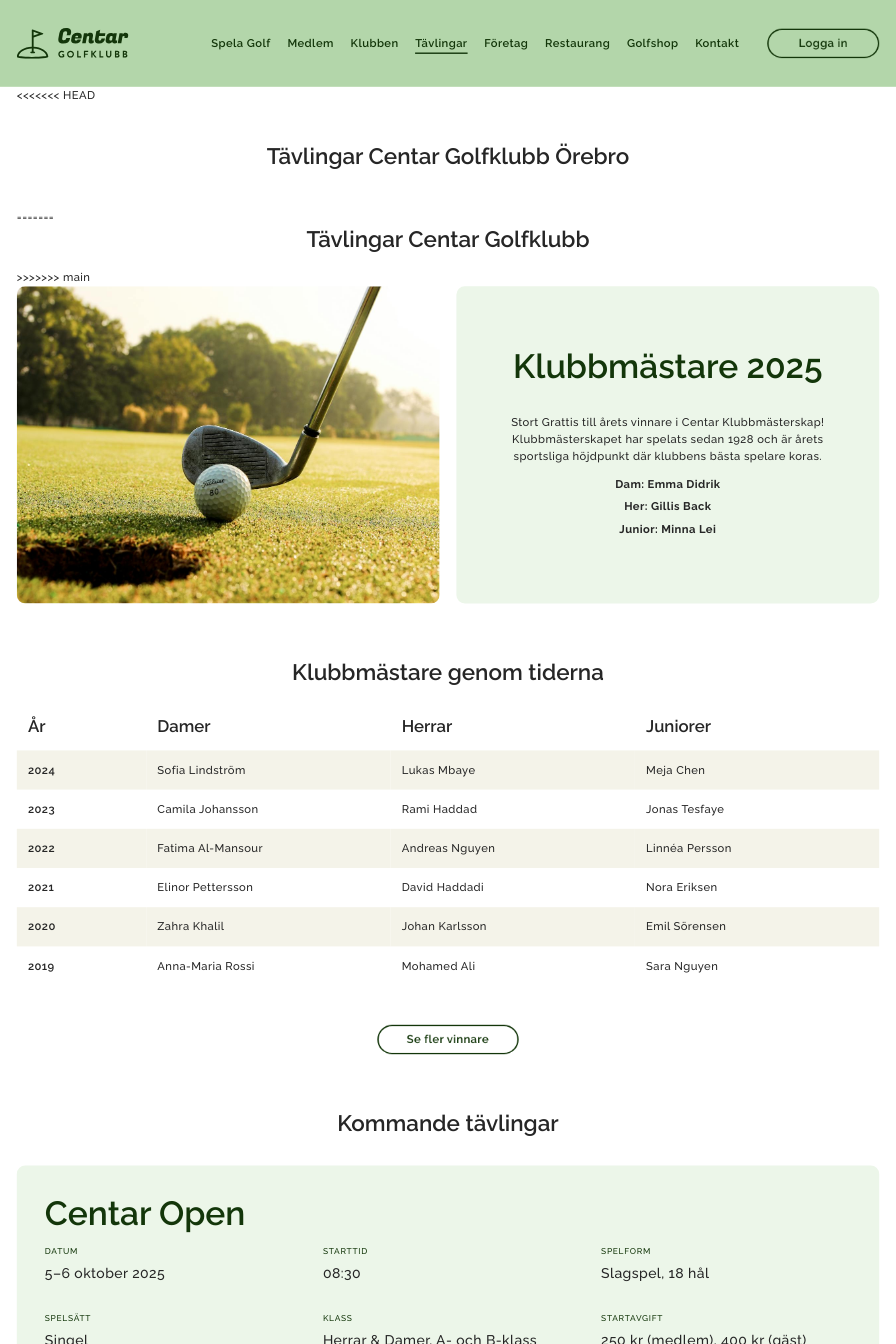
Repository: Tamana831/GolfklubbCentar
Page: tavling.html
The author's editor kept a copy of each file at every save. The page is drawn from the files as they stood at one save, then again after the next save.
The browser window is 1280 px wide. The pictures show the part of the page from y = 0 to 1920 px (the page is 4842 px tall before and 4707 px after), at 70% of full size.

Above is the page before, as saved 2025-10-29 14:28:21.

### tavling.html
<!DOCTYPE html>
<html lang="sv">
  <head>
    <meta charset="UTF-8" />
    <meta name="viewport" content="width=device-width, initial-scale=1.0" />
    <title>Tävlingar</title>
    <link rel="stylesheet" href="styles/variables.css" />
    <link rel="stylesheet" href="styles/base.css" />
    <link rel="stylesheet" href="styles/tavling.css" />
  </head>
  <body>
    <header class="bg-green-mid header-start">
      <!-- Nedan div för att sätta maxbredd på sidan -->
      <nav class="container main-nav-wrapper">
        <a href="index.html"
          ><img
            src="images/centar_logotype_primary_dark.svg"
            alt="Centar logotype"
            class="logotype"
        /></a>
        <input type="checkbox" id="menu-toggle" />
        <label for="menu-toggle" class="menu-button-container">
          <span class="menu-button"></span>
          <!--inline-->
        </label>
        <div class="menu-wrapper">
          <ul>
            <li><a href="spelagolf.html">Spela Golf</a></li>
            <li><a href="Medlem.html">Medlem</a></li>
            <li><a href="klubben.html">Klubben</a></li>
            <li><a href="tavling.html" class="current">Tävlingar</a></li>
            <li><a href="foretag.html">Företag</a></li>
            <li><a href="restaurang.html">Restaurang</a></li>
            <li><a href="golfshop.html">Golfshop</a></li>
            <li><a href="kontakt.html">Kontakt</a></li>
          </ul>
          <a href="loggain.html" class="button btn-primary-outline">Logga in</a>
        </div>
      </nav>
    </header>
    <main>
      <div class="container">
<<<<<<< HEAD
        <h1 class="page-heading">Tävlingar Centar Golfklubb Örebro</h1>
=======
        <h1 class="main-heading text-lg text-center">
          Tävlingar Centar Golfklubb
        </h1>
>>>>>>> main
      </div>
      <section class="container winner-block">
        <div class="winner-img">
          <img
            src="images/pexels-nadim-shaikh-2923533-7758348.jpg"
            alt="Närbild på golfboll nära hål på golfbana"
          />
        </div>
        <div class="winner-text">
          <h2 class="text-xl text-center">Klubbmästare 2025</h2>
          <p class="body text-center text-mb">
            Stort Grattis till årets vinnare i Centar Klubbmästerskap!
            Klubbmästerskapet har spelats sedan 1928 och är årets sportsliga
            höjdpunkt där klubbens bästa spelare koras.
          </p>
          <ul class="winner-list body text-center bold">
            <li>Dam: Emma Didrik</li>
            <li>Her: Gillis Back</li>
            <li>Junior: Minna Lei</li>
          </ul>
        </div>
      </section>
      <section class="container champion-block">
        <h2 class="text-lg text-center">Klubbmästare genom tiderna</h2>
        <table>
          <thead class="text-md">
            <tr>
              <th scope="col">År</th>
              <th scope="col">Damer</th>
              <th scope="col">Herrar</th>
              <th scope="col">Juniorer</th>
            </tr>
          </thead>
          <tbody>
            <tr>
              <th scope="row">2024</th>
              <td>Sofia Lindström</td>
              <td>Lukas Mbaye</td>
              <td>Meja Chen</td>
            </tr>
            <tr>
              <th scope="row">2023</th>
              <td>Camila Johansson</td>
              <td>Rami Haddad</td>
              <td>Jonas Tesfaye</td>
            </tr>
            <tr>
              <th scope="row">2022</th>
              <td>Fatima Al-Mansour</td>
              <td>Andreas Nguyen</td>
              <td>Linnéa Persson</td>
            </tr>
            <tr>
              <th scope="row">2021</th>
              <td>Elinor Pettersson</td>
              <td>David Haddadi</td>
              <td>Nora Eriksen</td>
            </tr>
            <tr>
              <th scope="row">2020</th>
              <td>Zahra Khalil</td>
              <td>Johan Karlsson</td>
              <td>Emil Sörensen</td>
            </tr>
            <tr>
              <th scope="row">2019</th>
              <td>Anna-Maria Rossi</td>
              <td>Mohamed Ali</td>
              <td>Sara Nguyen</td>
            </tr>
          </tbody>
        </table>
        <a href="#" class="button btn-primary-outline">Se fler vinnare</a>
      </section>
      <section class="container tournament-block">
        <h2 class="text-lg text-center">Kommande tävlingar</h2>
        <article class="tournament-card bg-green-light">
          <h3 class="text-xl">Centar Open</h3>
          <div class="info-wrapper">
            <div class="info-item">
              <p class="overline">Datum</p>
              <p class="body-lg">5–6 oktober 2025</p>
            </div>
            <div class="info-item">
              <p class="overline">Starttid</p>
              <p class="body-lg">08:30</p>
            </div>
            <div class="info-item">
              <p class="overline">Spelform</p>
              <p class="body-lg">Slagspel, 18 hål</p>
            </div>
            <div class="info-item">
              <p class="overline">Spelsätt</p>
              <p class="body-lg">Singel</p>
            </div>
            <div class="info-item">
              <p class="overline">Klass</p>
              <p class="body-lg">Herrar & Damer, A- och B-klass</p>
            </div>
            <div class="info-item">
              <p class="overline">Startavgift</p>
              <p class="body-lg">250 kr (medlem), 400 kr (gäst)</p>
            </div>
            <div class="info-text">
              <p class="body-sm">
                Anmäl dig senast den <strong>26 september 2025</strong> för att
                säkra din plats! Faktura på anmälningsavgiften skickas efter
                anmälan. Starttider meddelas via e-post den
                <strong>1 oktober.</strong>
              </p>
            </div>
          </div>
        </article>
        <article class="tournament-card bg-beige-light">
          <h3 class="text-xl">Old Timers</h3>
          <div class="info-wrapper">
            <div class="info-item">
              <p class="overline">Datum</p>
              <p class="body-lg">25–26 oktober 2025</p>
            </div>
            <div class="info-item">
              <p class="overline">Starttid</p>
              <p class="body-lg">09:00</p>
            </div>
            <div class="info-item">
              <p class="overline">Spelform</p>
              <p class="body-lg">Slagspel, 18 hål</p>
            </div>
            <div class="info-item">
              <p class="overline">Spelsätt</p>
              <p class="body-lg">Singel</p>
            </div>
            <div class="info-item">
              <p class="overline">Klass</p>
              <p class="body-lg">Herrar & Damer, A- och B-klass</p>
            </div>
            <div class="info-item">
              <p class="overline">Startavgift</p>
              <p class="body-lg">250 kr (medlem), 400 kr (gäst)</p>
            </div>
            <div class="info-text">
              <p class="body-sm">
                Anmäl dig senast den <strong>20 oktober 2025</strong> för att
                säkra din plats! Faktura på anmälningsavgiften skickas efter
                anmälan. Starttider meddelas via e-post den
                <strong>22 oktober.</strong>
              </p>
            </div>
          </div>
        </article>
        <article class="tournament-card bg-green-light">
          <h3 class="text-xl">Greenkeepers Cup</h3>
          <div class="info-wrapper">
            <div class="info-item">
              <p class="overline">Datum</p>
              <p class="body-lg">4–5 april 2026</p>
            </div>
            <div class="info-item">
              <p class="overline">Starttid</p>
              <p class="body-lg">08:30</p>
            </div>
            <div class="info-item">
              <p class="overline">Spelform</p>
              <p class="body-lg">Slagspel, 24 hål</p>
            </div>
            <div class="info-item">
              <p class="overline">Spelsätt</p>
              <p class="body-lg">Par</p>
            </div>
            <div class="info-item">
              <p class="overline">Klass</p>
              <p class="body-lg">Herrar & Damer, A- och B-klass</p>
            </div>
            <div class="info-item">
              <p class="overline">Startavgift</p>
              <p class="body-lg">300 kr (medlem), 500 kr (gäst)</p>
            </div>
            <div class="info-text">
              <p class="body-sm">
                Anmäl dig senast den <strong>30 mars 2026</strong> för att säkra
                din plats! Faktura på anmälningsavgiften skickas efter anmälan.
                Starttider meddelas via e-post den <strong>2 april.</strong>
              </p>
            </div>
          </div>
        </article>
        <article class="tournament-card bg-beige-light">
          <h3 class="text-xl">Centar Masters</h3>
          <div class="info-wrapper">
            <div class="info-item">
              <p class="overline">Datum</p>
              <p class="body-lg">2–3 maj 2026</p>
            </div>
            <div class="info-item">
              <p class="overline">Starttid</p>
              <p class="body-lg">09:00</p>
            </div>
            <div class="info-item">
              <p class="overline">Spelform</p>
              <p class="body-lg">Slagspel, 18 hål</p>
            </div>
            <div class="info-item">
              <p class="overline">Spelsätt</p>
              <p class="body-lg">Singel</p>
            </div>
            <div class="info-item">
              <p class="overline">Klass</p>
              <p class="body-lg">Herrar & Damer, A- och B-klass</p>
            </div>
            <div class="info-item">
              <p class="overline">Startavgift</p>
              <p class="body-lg">250 kr (medlem), 400 kr (gäst)</p>
            </div>
            <div class="info-text">
              <p class="body-sm">
                Anmäl dig senast den <strong>24 april 2026</strong> för att
                säkra din plats! Faktura på anmälningsavgiften skickas efter
                anmälan. Starttider meddelas via e-post den
                <strong>27 april.</strong>
              </p>
            </div>
          </div>
        </article>
      </section>
      <!-- Bakgrundsfärg hela vägen ut -->
      <section class="registration-block">
        <!-- Container styr maxbredd -->
        <div class="container form-wrapper">
          <h2 class="text-lg text-center">Anmälan tävlingar</h2>
          <p class="body text-center">
            Anmäl dig till kommande tävlingar på Centar Golfklubb. Här hittar du
            datum, spelform och information för varje tävling. Välj vilken
            tävling du vill delta i och skicka in din anmälan enkelt online.
          </p>
          <form class="sign-up-form">
            <div class="input-wrapper body-sm">
              <label for="tournament">Välj tävling</label>
              <div class="select-wrapper">
                <select name="referrer" id="tournament">
                  <option value="centar">Centar Open</option>
                  <option value="old timers">Old Timers</option>
                  <option value="greenkeepers">Greenkeepers Cup</option>
                  <option value="masters">Centar Masters</option>
                </select>
              </div>
            </div>
            <div class="input-wrapper body-sm">
              <label for="name">Namn*</label>
              <input type="text" id="name" />
            </div>
            <div class="input-wrapper body-sm">
              <label for="p-number">Personnummer*</label>
              <input
                type="number"
                id="p-number"
                placeholder="YYYY-MM-DD-XXXX"
              />
            </div>
            <div class="input-wrapper body-sm">
              <label for="email">E-post*</label>
              <input type="email" id="email" />
            </div>
            <div class="input-wrapper body-sm">
              <label for="hcp">HCP</label>
              <input type="number" id="hcp" />
            </div>
            <div class="input-wrapper body-sm">
              <label for="club">Hemmaklubb</label>
              <input type="text" id="club" />
            </div>
            <button type="submit" class="button btn-cta">Skicka anmälan</button>
          </form>
        </div>
      </section>
    </main>
    <footer class="bg-green-dark">
      <div class="container text-white footer-wrapper">
        <nav class="foot-nav-wrapper body-sm">
          <div class="foot-nav-item foot-logo-wrapper">
            <a href="index.html"
              ><img
                src="/images/centar_logo_wordmark_neg.svg"
                alt="Centar logotype negative"
                class="logo-wordmark"
            /></a>
          </div>
          <section class="foot-nav-item">
            <h5 class="overline">Navigera</h5>
            <ul>
              <li><a href="#">Om klubben</a></li>
              <li><a href="#">Banan</a></li>
              <li><a href="#">Företag & Partners</a></li>
              <li><a href="#">Träna Golf</a></li>
              <li><a href="#">Gäst</a></li>
            </ul>
          </section>
          <section class="foot-nav-item">
            <h5 class="overline">Öppettider</h5>
            <p>Måndag – Lördag: 7.30-17.00</p>
            <p>Söndag: 7.30–16.00</p>
          </section>
          <section class="foot-nav-item">
            <h5 class="overline">Kontakt</h5>
            <a href="mailto:centar@info.se">info@centargolfklubb.se</a>
            <a href="tel:+123456789">012-345 678</a>
            <address>Bergkvarn<br />700 88 Örebro</address>
          </section>
          <section class="foot-nav-item">
            <h5 class="overline">Följ oss</h5>
            <ul>
              <li><a href="#">Instagram</a></li>
              <li><a href="#">Facebook</a></li>
              <li><a href="#">LinkedIn</a></li>
            </ul>
          </section>
        </nav>
        <div class="byline-wrapper text-center">
          <p>
            &copy; 2025 | Designad och utvecklad av Emma Golander, Josefin
            Holgersson, Tim Hugdahl, Peyman Khateri, Tamana Mohammadi  |
            webd25jon TUC | HTML och CSS med agila utvecklingsmetoder
          </p>
        </div>
      </div>
    </footer>
  </body>
</html>

### styles/variables.css
/* Variabler. I och med att vi lägger det i root så går de att nå i alla css-filer.*/
:root {
  /* FÄRGER */
  --color-green-dark: #13360a;
  --color-green-mid: #b3d6aa;
  --color-green-light: #ecf6e9;
  --color-green-accent: #14bf71;

  --color-blue-mid: #c8e0e8;
  --color-blue-light: #e4f0f4;
  --color-beige-light: #f4f3e9;

  --color-text-black: #262626;
  --color-text-grey: #3d3d3d;
  --color-text-white: #ffffff;

  /* SPACING */
  --space-xxs: 0.5rem; /* 8px, minsta avstånd, typ ikoner, små knappar*/
  --space-xs: 1rem; /* 16px, litet avstånd, tex mellan text och knapp  */
  --space-sm: 1.5rem; /* 24px, lite större, ofta mellan rubrik och text */
  --space-md: 2.5rem; /* 40px, ännu lite större, ofta mellan större rubrik och text */
  --space-lg: 3.5rem; /* 56px */
  --space-xl: 5rem; /* 80px, större block, typ mellan sektioner*/
  --space-xxl: 7.5rem; /* 120px, stort avstånd mellan sektioner */
}

### styles/tavling.css
/* Img reset
Det blir ett liten margin på alla bilder men genom att sätta dipslay block tar jag bort det. */
img {
  width: 100%;
  display: block;
}

/* ---------- ÅRETS KLUBBBMÄSTARE ---------- */
.winner-block {
  display: grid;
  gap: var(--space-sm);
  margin-bottom: var(--space-xl);
}
.winner-img {
  background-color: aqua;
  border-radius: 12px;
  overflow: hidden;
}

.winner-img img {
  height: 100%;
  object-fit: cover;
  aspect-ratio: 4 / 3;
  object-position: center;
}

.winner-text {
  background-color: var(--color-green-light);
  display: flex;
  flex-direction: column;
  justify-content: center;
  align-items: center;
  border-radius: 12px;
  padding: var(--space-md) var(--space-sm);
}
.winner-text .text-xl {
  color: var(--color-green-dark);
}

.winner-list li {
  list-style: none;
  margin-bottom: var(--space-xxs);
}

.text-mb {
  margin-bottom: var(--space-xs);
}

@media (min-width: 768px) {
  .winner-block {
    grid-template-columns: 1fr 1fr;
  }
  .winner-text {
    padding: var(--space-lg);
  }
}

/* ---------- KLUBBBMÄSTARE ---------- */
.champion-block {
  display: flex;
  flex-direction: column;
  align-items: center;
  margin-bottom: var(--space-xl);
}
/* Hämtat kod-exempel härifrån, https://developer.mozilla.org/en-US/docs/Learn_web_development/Core/Styling_basics/Tables */
table {
  table-layout: fixed;
  width: 100%;
  border-collapse: collapse;
  margin-bottom: var(--space-lg);
}
th {
  font-weight: 600;
}
tbody {
  font-size: 0.875rem;
}
tbody tr:nth-child(odd) {
  background-color: var(--color-beige-light);
}
tr {
  text-align: left;
}
/* Första kolumnen tar upp 15% */
tr :nth-child(1) {
  width: 15%;
}
th,
td {
  padding: var(--space-xs);
  vertical-align: top;
}

@media (min-width: 768px) {
  tbody {
    font-size: 1rem;
  }
}
/* ---------- TÄVLINGAR ---------- */
.tournament-block {
  margin-bottom: var(--space-xl);
}
.tournament-block .text-lg {
  margin-bottom: var(--space-md);
}
/* Card för varje tävling */
.tournament-card {
  padding: var(--space-md) var(--space-sm);
  border-radius: 12px;
  margin-bottom: var(--space-sm);
}
.tournament-card .text-xl {
  color: var(--color-green-dark);
  margin-bottom: var(--space-xs);
}
.info-wrapper {
  display: grid;
  grid-template-columns: repeat(2, 1fr);
  gap: var(--space-sm);
}
.info-item .overline {
  font-size: 0.75rem;
  color: var(--color-green-dark);
  margin-bottom: var(--space-xxs);
}
.info-text {
  grid-column: span 2;
}
@media (min-width: 768px) {
  .tournament-card {
    padding: var(--space-md);
    border-radius: 12px;
  }
  .info-wrapper {
    grid-template-columns: repeat(3, 1fr);
    gap: var(--space-md);
  }
}

/* ---------- ANMÄLAN TÄVLING ---------- */

.registration-block {
  background-color: var(--color-blue-light);
  margin-bottom: var(--space-xl);
}

.form-wrapper {
  padding-top: var(--space-lg);
  padding-bottom: var(--space-lg);
  display: flex;
  flex-direction: column;
  align-items: center;
}
.form-wrapper p {
  margin-bottom: var(--space-md);
}

.sign-up-form {
  background-color: white;
  box-shadow: 0 2px 6px rgba(0, 0, 0, 0.06);
  border-radius: 12px;
  padding: var(--space-md) var(--space-sm);
  width: 100%;
}

@media (min-width: 768px) {
  .form-wrapper p {
    width: 60%;
    /* margin-bottom: var(--space-md); */
  }
  .sign-up-form {
    padding: var(--space-lg);
    width: 50%;
  }
}

.input-wrapper {
  display: flex;
  flex-direction: column;
  gap: var(--space-xxs);
  margin-bottom: var(--space-sm);
}

.input-wrapper label {
  color: var(--color-text-grey);
}

.input-wrapper input,
.input-wrapper select {
  appearance: none;
  background-color: white;
  border: 1px solid var(--color-green-mid);
  height: 40px;
  width: 100%;
  padding: var(--space-xxs);
  border-radius: 4px;
  font-family: inherit;
  font-weight: 500;
  font-size: 1rem;
  color: var(--color-text-black);
}

.select-wrapper {
  cursor: pointer;
  position: relative;
}

/* Pil ner i select */
.select-wrapper::after {
  content: "";
  position: absolute;
  right: var(--space-xs);
  top: 50%;
  width: 8px;
  height: 8px;
  transform: translateY(-50%) rotate(45deg);
  border-right: 2px solid var(--color-green-dark);
  border-bottom: 2px solid var(--color-green-dark);
  pointer-events: none;
}

.sign-up-form button {
  margin-top: var(--space-md);
}

Loaded but not shown: styles/base.css (438 lines, source omitted)

After the next save:
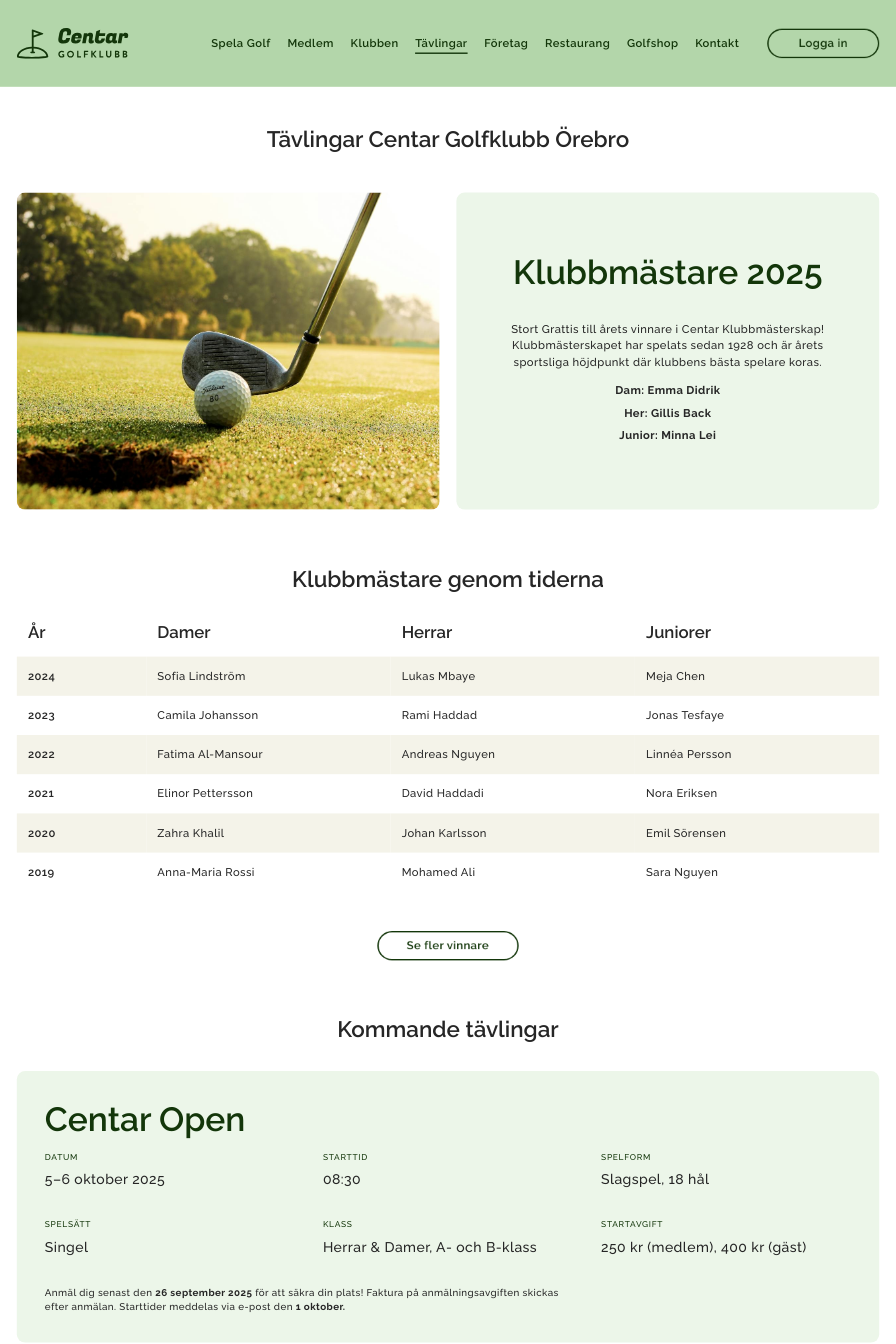
Saved 39 min 0 s later.
--- a/tavling.html
+++ b/tavling.html
@@ -40,13 +40,7 @@
     </header>
     <main>
       <div class="container">
-<<<<<<< HEAD
         <h1 class="page-heading">Tävlingar Centar Golfklubb Örebro</h1>
-=======
-        <h1 class="main-heading text-lg text-center">
-          Tävlingar Centar Golfklubb
-        </h1>
->>>>>>> main
       </div>
       <section class="container winner-block">
         <div class="winner-img">
